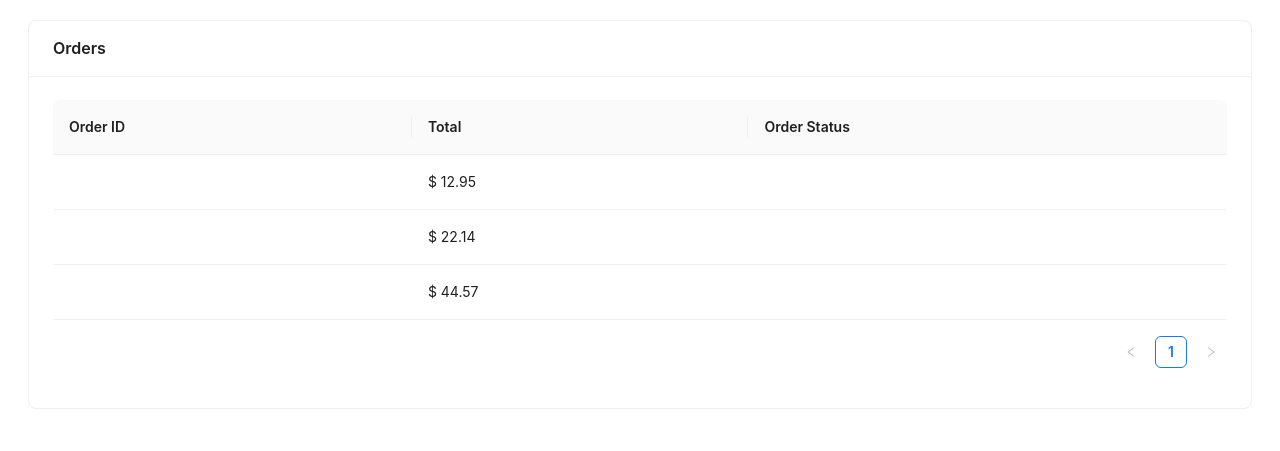
Repository: JamesPesenti/DonutShopDashboard
Page: /
The author's editor kept a copy of each file at every save. The page is drawn from the files as they stood at one save, then again after the next save.
The browser window is 1280 px wide. The pictures show the whole page.
The project was rebuilt for these pictures with package versions that can differ from the ones it lists, and the page was loaded fresh each time. Also part of the build but not shown: src/index.css, src/data/donuts.js, src/screens/DetailedOrder.jsx.

Above is the page before, as saved 2023-03-22 16:19:21.

After the next save:
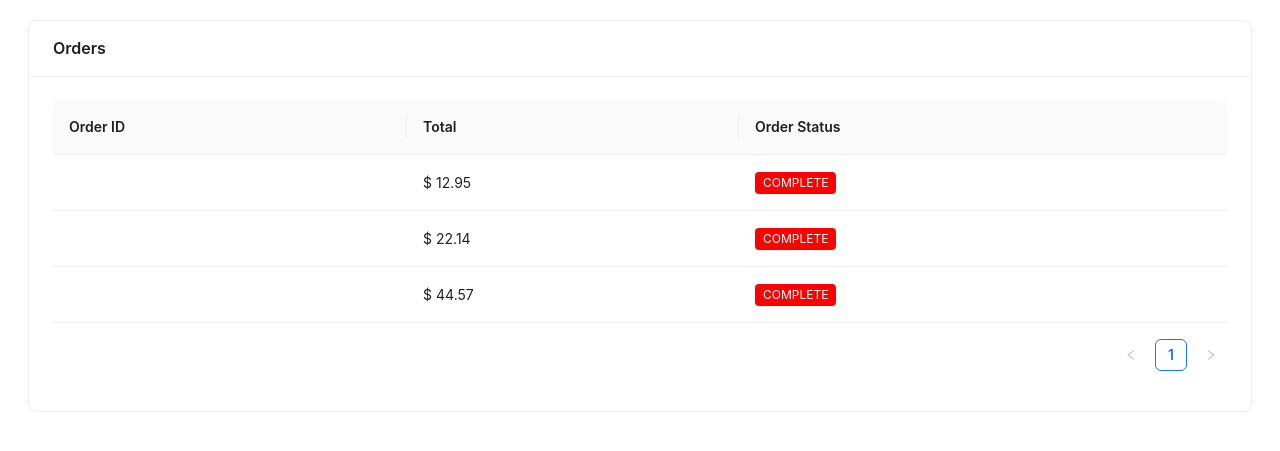
Saved 13 s later.
--- a/src/screens/Orders.jsx
+++ b/src/screens/Orders.jsx
@@ -10,7 +10,7 @@ const Orders = () => {
         if (orderStatus === "Declined") {
             return <Tag color={"red"}>{orderStatus}</Tag>
         }
-        if (orderStatus === "Complete") {
+        if (orderStatus === "COMPLETE") {
             return <Tag color={"Red"}>{orderStatus}</Tag>
         }
     }
